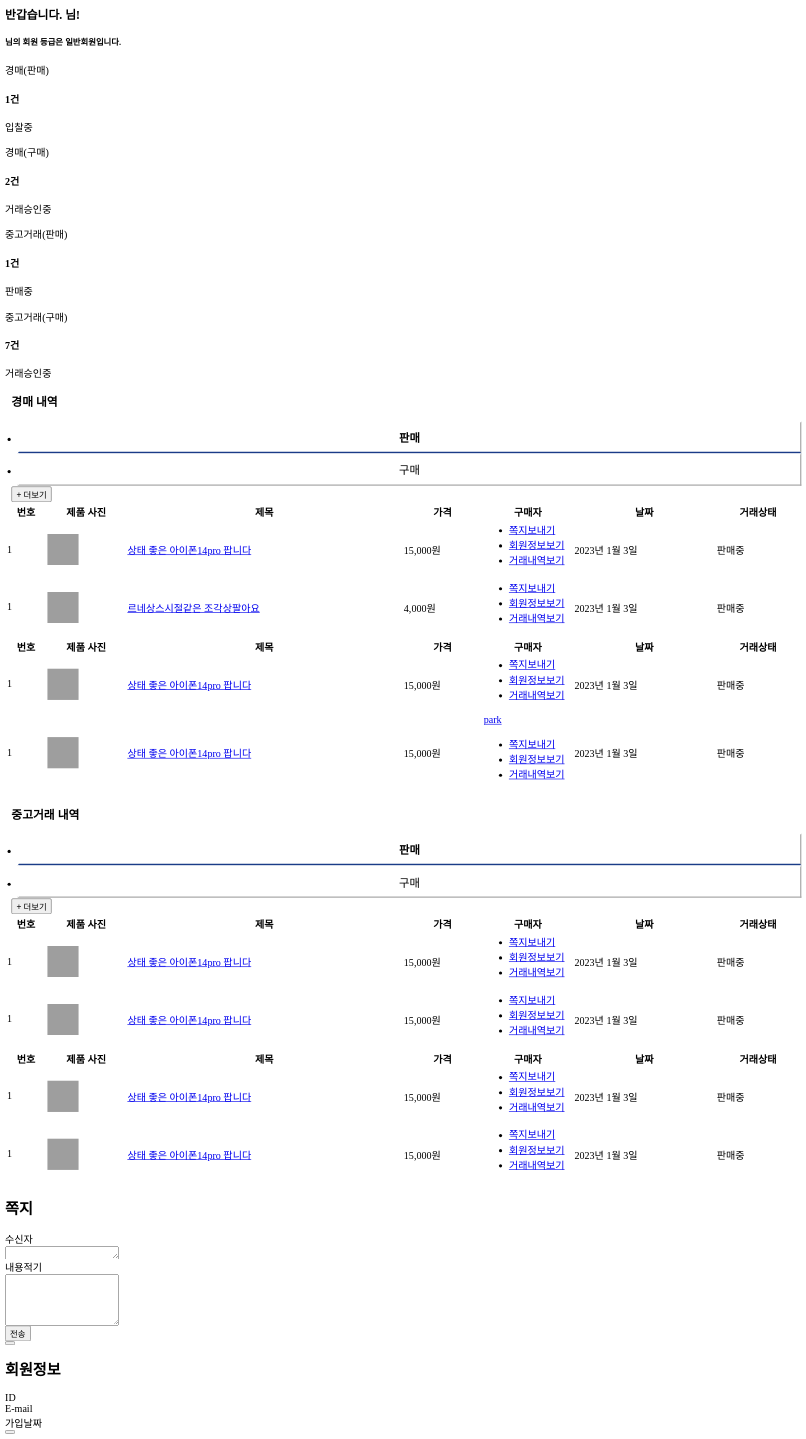
Repository: nicepsj/TeamDevelUp
Page: http://localhost/DevelUp/WEB-INF/history/myongo.jsp
These files come from the project's save history. The page is drawn as it stood at one moment and after the next save; the edit follows.
The browser window is 1280 px wide. The pictures show the whole page, at 63% of full size.
Pictures or frames that could not be fetched are drawn as grey boxes. The page is served by Tomcat 9. Nobody is signed in. The template is opened directly, without the code that normally fills it, so the values that code supplies are empty.

Above is the page before, as saved 2023-01-25 11:57:38.

After the next save:
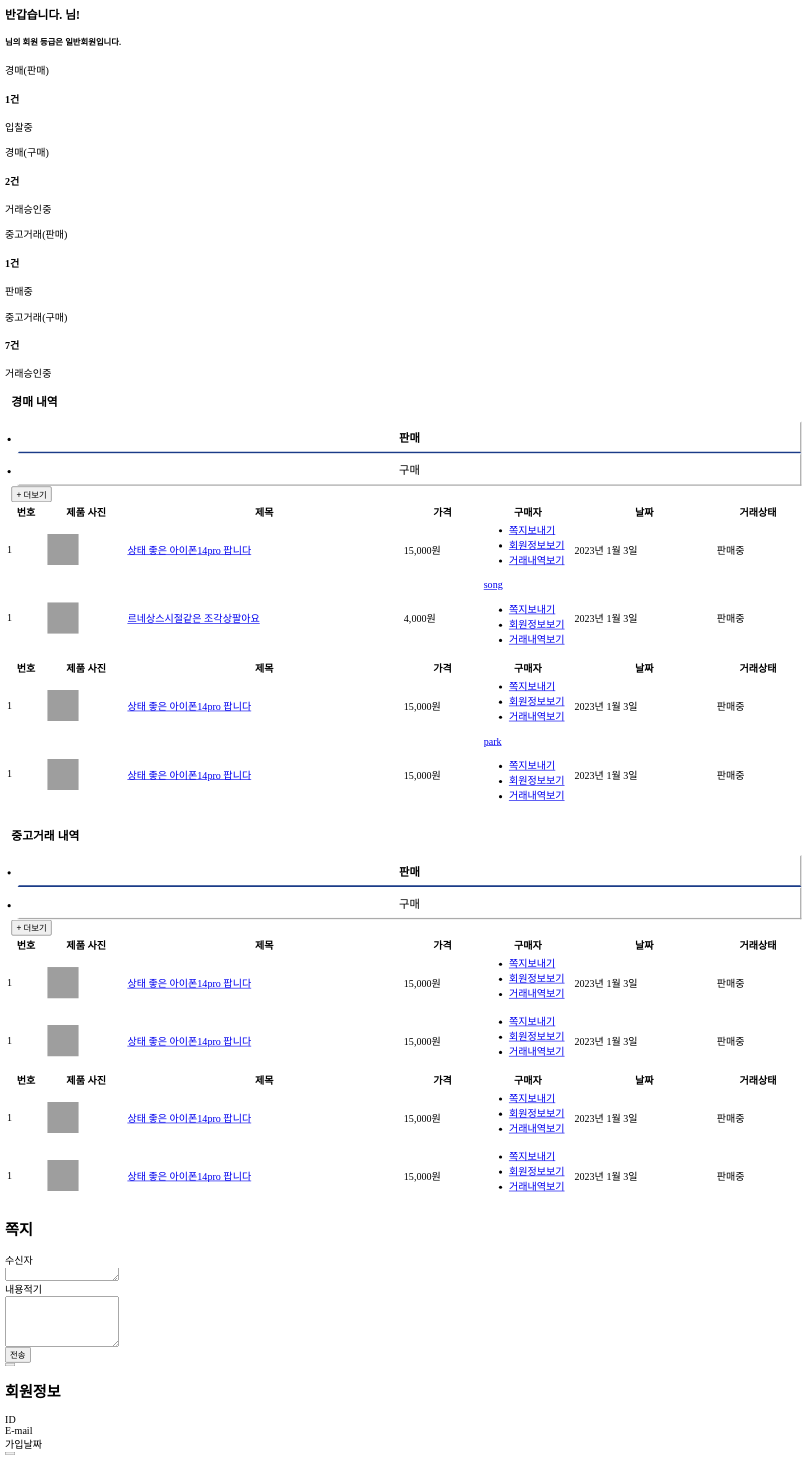
Saved 23 s later.
--- a/DevelUp/src/main/webapp/WEB-INF/history/myongo.jsp
+++ b/DevelUp/src/main/webapp/WEB-INF/history/myongo.jsp
@@ -211,7 +211,7 @@
 											<td>
 											<span class="blue-bold">
 											<a class="nav-link dropdown-toggle" href="#" role="button" data-bs-toggle="dropdown" aria-expanded="false" >
-									          ${user.member_id}
+									          song
 									        </a>
 									        <ul class="dropdown-menu" style="width: 100px;">
 									            <li><a class="dropdown-item" href="#" title="쪽지보내기 팝업" data-bs-toggle="modal" data-bs-target="#sendNoteModal" id=sendnote>쪽지보내기</a></li>
